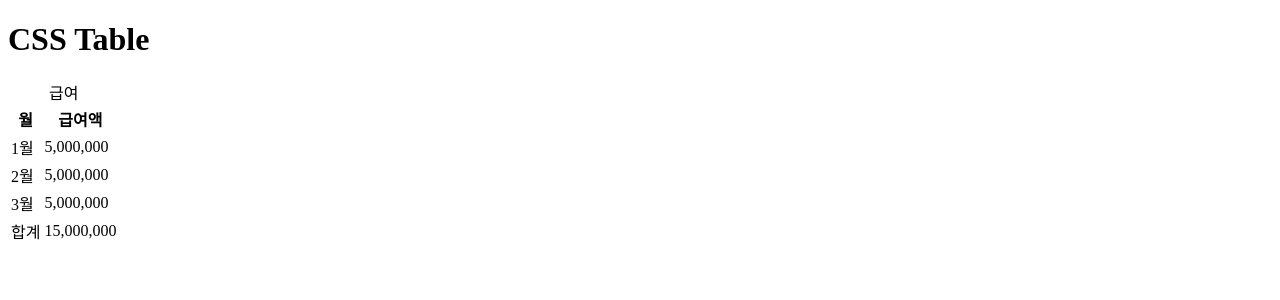
Repository: XenosJM/WEB_CODES
Page: Web02_CSS/src/main/webapp/10_table.html
These files come from the project's save history. The page is drawn as it stood at one moment and after the next save; the edit follows.
The browser window is 1280 px wide. The pictures show the whole page.

Above is the page before, as saved 2024-03-20 01:14:19.

After the next save:
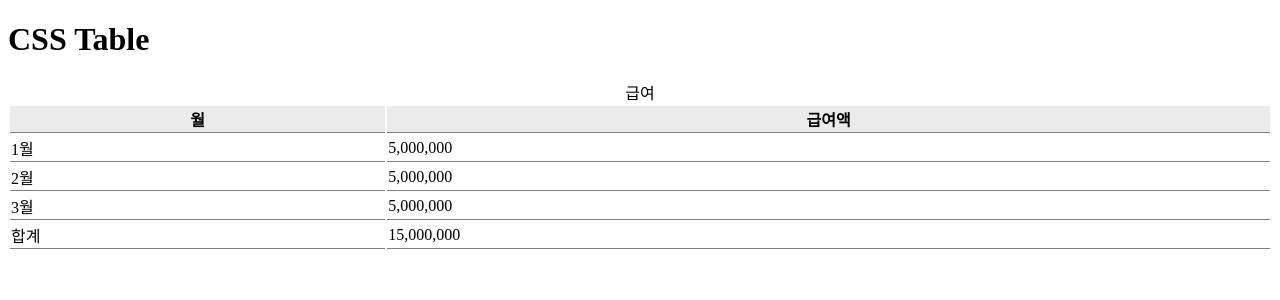
Saved 2 min 23 s later.
--- a/Web02_CSS/src/main/webapp/10_table.html
+++ b/Web02_CSS/src/main/webapp/10_table.html
@@ -2,6 +2,18 @@
 <html>
 <head>
 <meta charset="UTF-8">
+<style type="text/css">
+th, td {
+	border-bottom: 1px solid grey;
+	border-collapse: collapse;
+}
+table {
+	width : 100%;
+}
+thead tr {
+	background: #ebebeb;
+}
+</style>
 <title>CSS Table</title>
 </head>
 <body>
